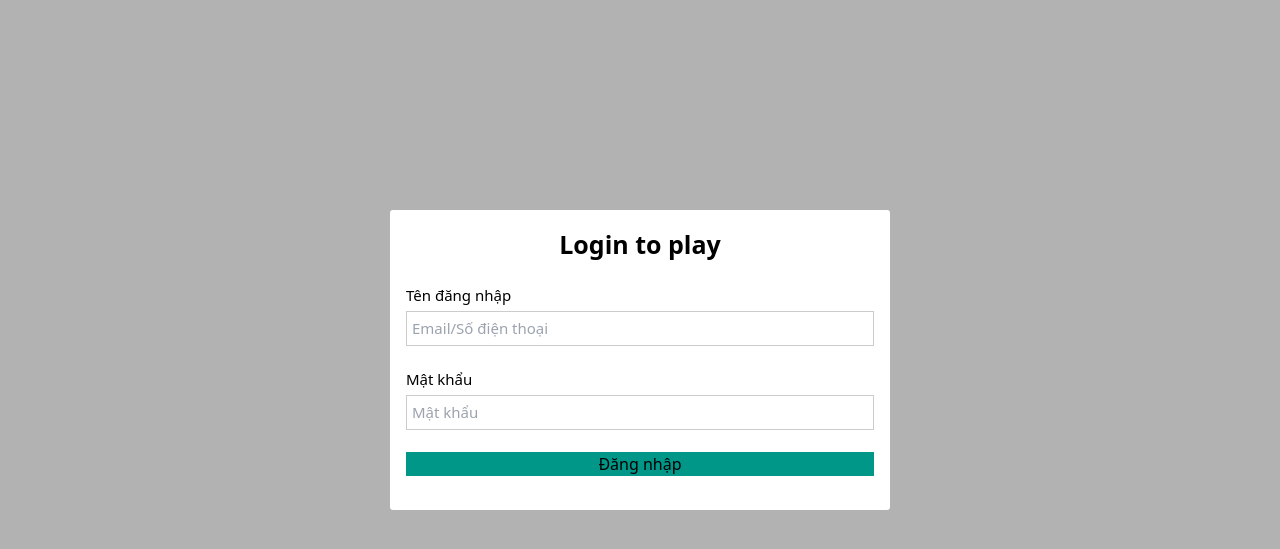
Repository: Teddy1705/demo_pj
Page: /
These files come from the project's save history. The page is drawn as it stood at one moment and after the next save; the edit follows.
The browser window is 1280 px wide. The pictures show the whole page.
The project was rebuilt for these pictures with package versions that can differ from the ones it lists, and the page was loaded fresh each time. Also part of the build but not shown: vite.config.js.

Above is the page before, as saved 2024-04-16 10:02:28.

### index.html
<!DOCTYPE html>
<html lang="en">
  <head>
    <meta charset="UTF-8" />
    <link rel="icon" type="image/svg+xml" href="/vite.svg" />
    <meta name="viewport" content="width=device-width, initial-scale=1.0" />
    <title>Tic Tac Toe</title>
    <link rel="stylesheet" href="./src/index.css" />
  </head>
  <body>
    <div id="root"></div>
    <script type="module" src="/src/main.jsx"></script>
  </body>
</html>

### src/index.css
:root {
  --white-color: #fff;
  --black-color: #000;
}

/*
1. Prevent padding and border from affecting element width. (https://github.com/mozdevs/cssremedy/issues/4)
2. Allow adding a border to an element by just adding a border-width. (https://github.com/tailwindcss/tailwindcss/pull/116)
*/

*,
::before,
::after {
  box-sizing: border-box;
  /* 1 */
  border-width: 0;
  /* 2 */
  border-style: solid;
  /* 2 */
  border-color: #e5e7eb;
  /* 2 */
}

::before,
::after {
  --tw-content: "";
}

/*
1. Use a consistent sensible line-height in all browsers.
2. Prevent adjustments of font size after orientation changes in iOS.
3. Use a more readable tab size.
4. Use the user's configured `sans` font-family by default.
5. Use the user's configured `sans` font-feature-settings by default.
6. Use the user's configured `sans` font-variation-settings by default.
7. Disable tap highlights on iOS
*/

html,
:host {
  line-height: 1.5;
  /* 1 */
  -webkit-text-size-adjust: 100%;
  /* 2 */
  -moz-tab-size: 4;
  /* 3 */
  -o-tab-size: 4;
  tab-size: 4;
  /* 3 */
  font-family: ui-sans-serif, system-ui, sans-serif, "Apple Color Emoji",
    "Segoe UI Emoji", "Segoe UI Symbol", "Noto Color Emoji";
  /* 4 */
  font-feature-settings: normal;
  /* 5 */
  font-variation-settings: normal;
  /* 6 */
  -webkit-tap-highlight-color: transparent;
  /* 7 */
}

/*
1. Remove the margin in all browsers.
2. Inherit line-height from `html` so users can set them as a class directly on the `html` element.
*/

body {
  margin: 0;
  /* 1 */
  line-height: inherit;
  /* 2 */
}

/*
1. Add the correct height in Firefox.
2. Correct the inheritance of border color in Firefox. (https://bugzilla.mozilla.org/show_bug.cgi?id=190655)
3. Ensure horizontal rules are visible by default.
*/

hr {
  height: 0;
  /* 1 */
  color: inherit;
  /* 2 */
  border-top-width: 1px;
  /* 3 */
}

/*
Add the correct text decoration in Chrome, Edge, and Safari.
*/

abbr:where([title]) {
  -webkit-text-decoration: underline dotted;
  text-decoration: underline dotted;
}

/*
Remove the default font size and weight for headings.
*/

h1,
h2,
h3,
h4,
h5,
h6 {
  font-size: inherit;
  font-weight: inherit;
}

/*
Reset links to optimize for opt-in styling instead of opt-out.
*/

a {
  color: inherit;
  text-decoration: inherit;
}

/*
Add the correct font weight in Edge and Safari.
*/

b,
strong {
  font-weight: bolder;
}

/*
1. Use the user's configured `mono` font-family by default.
2. Use the user's configured `mono` font-feature-settings by default.
3. Use the user's configured `mono` font-variation-settings by default.
4. Correct the odd `em` font sizing in all browsers.
*/

code,
kbd,
samp,
pre {
  font-family: ui-monospace, SFMono-Regular, Menlo, Monaco, Consolas,
    "Liberation Mono", "Courier New", monospace;
  /* 1 */
  font-feature-settings: normal;
  /* 2 */
  font-variation-settings: normal;
  /* 3 */
  font-size: 1em;
  /* 4 */
}

/*
Add the correct font size in all browsers.
*/

small {
  font-size: 80%;
}

/*
Prevent `sub` and `sup` elements from affecting the line height in all browsers.
*/

sub,
sup {
  font-size: 75%;
  line-height: 0;
  position: relative;
  vertical-align: baseline;
}

sub {
  bottom: -0.25em;
}

sup {
  top: -0.5em;
}

/*
1. Remove text indentation from table contents in Chrome and Safari. (https://bugs.chromium.org/p/chromium/issues/detail?id=999088, https://bugs.webkit.org/show_bug.cgi?id=201297)
2. Correct table border color inheritance in all Chrome and Safari. (https://bugs.chromium.org/p/chromium/issues/detail?id=935729, https://bugs.webkit.org/show_bug.cgi?id=195016)
3. Remove gaps between table borders by default.
*/

table {
  text-indent: 0;
  /* 1 */
  border-color: inherit;
  /* 2 */
  border-collapse: collapse;
  /* 3 */
}

/*
1. Change the font styles in all browsers.
2. Remove the margin in Firefox and Safari.
3. Remove default padding in all browsers.
*/

button,
input,
optgroup,
select,
textarea {
  font-family: inherit;
  /* 1 */
  font-feature-settings: inherit;
  /* 1 */
  font-variation-settings: inherit;
  /* 1 */
  font-size: 100%;
  /* 1 */
  font-weight: inherit;
  /* 1 */
  line-height: inherit;
  /* 1 */
  letter-spacing: inherit;
  /* 1 */
  color: inherit;
  /* 1 */
  margin: 0;
  /* 2 */
  padding: 0;
  /* 3 */
}

/*
Remove the inheritance of text transform in Edge and Firefox.
*/

button,
select {
  text-transform: none;
}

/*
1. Correct the inability to style clickable types in iOS and Safari.
2. Remove default button styles.
*/

button,
input:where([type="button"]),
input:where([type="reset"]),
input:where([type="submit"]) {
  -webkit-appearance: button;
  /* 1 */
  background-color: transparent;
  /* 2 */
  background-image: none;
  /* 2 */
}

/*
Use the modern Firefox focus style for all focusable elements.
*/

:-moz-focusring {
  outline: auto;
}

/*
Remove the additional `:invalid` styles in Firefox. (https://github.com/mozilla/gecko-dev/blob/2f9eacd9d3d995c937b4251a5557d95d494c9be1/layout/style/res/forms.css#L728-L737)
*/

:-moz-ui-invalid {
  box-shadow: none;
}

/*
Add the correct vertical alignment in Chrome and Firefox.
*/

progress {
  vertical-align: baseline;
}

/*
Correct the cursor style of increment and decrement buttons in Safari.
*/

::-webkit-inner-spin-button,
::-webkit-outer-spin-button {
  height: auto;
}

/*
1. Correct the odd appearance in Chrome and Safari.
2. Correct the outline style in Safari.
*/

[type="search"] {
  -webkit-appearance: textfield;
  /* 1 */
  outline-offset: -2px;
  /* 2 */
}

/*
Remove the inner padding in Chrome and Safari on macOS.
*/

::-webkit-search-decoration {
  -webkit-appearance: none;
}

/*
1. Correct the inability to style clickable types in iOS and Safari.
2. Change font properties to `inherit` in Safari.
*/

::-webkit-file-upload-button {
  -webkit-appearance: button;
  /* 1 */
  font: inherit;
  /* 2 */
}

/*
Add the correct display in Chrome and Safari.
*/

summary {
  display: list-item;
}

/*
Removes the default spacing and border for appropriate elements.
*/

blockquote,
dl,
dd,
h1,
h2,
h3,
h4,
h5,
h6,
hr,
figure,
p,
pre {
  margin: 0;
}

fieldset {
  margin: 0;
  padding: 0;
}

legend {
  padding: 0;
}

ol,
ul,
menu {
  list-style: none;
  margin: 0;
  padding: 0;
}

/*
Reset default styling for dialogs.
*/

dialog {
  padding: 0;
}

/*
Prevent resizing textareas horizontally by default.
*/

textarea {
  resize: vertical;
}

/*
1. Reset the default placeholder opacity in Firefox. (https://github.com/tailwindlabs/tailwindcss/issues/3300)
2. Set the default placeholder color to the user's configured gray 400 color.
*/

input::-moz-placeholder,
textarea::-moz-placeholder {
  opacity: 1;
  /* 1 */
  color: #9ca3af;
  /* 2 */
}

input::placeholder,
textarea::placeholder {
  opacity: 1;
  /* 1 */
  color: #9ca3af;
  /* 2 */
}

/*
Set the default cursor for buttons.
*/

button,
[role="button"] {
  cursor: pointer;
}

/*
Make sure disabled buttons don't get the pointer cursor.
*/

:disabled {
  cursor: default;
}

/*
1. Make replaced elements `display: block` by default. (https://github.com/mozdevs/cssremedy/issues/14)
2. Add `vertical-align: middle` to align replaced elements more sensibly by default. (https://github.com/jensimmons/cssremedy/issues/14#issuecomment-634934210)
   This can trigger a poorly considered lint error in some tools but is included by design.
*/

img,
svg,
video,
canvas,
audio,
iframe,
embed,
object {
  display: block;
  /* 1 */
  vertical-align: middle;
  /* 2 */
}

/*
Constrain images and videos to the parent width and preserve their intrinsic aspect ratio. (https://github.com/mozdevs/cssremedy/issues/14)
*/

img,
video {
  max-width: 100%;
  height: auto;
}

/* Make elements with the HTML hidden attribute stay hidden by default */

[hidden] {
  display: none;
}

*,
::before,
::after {
  --tw-border-spacing-x: 0;
  --tw-border-spacing-y: 0;
  --tw-translate-x: 0;
  --tw-translate-y: 0;
  --tw-rotate: 0;
  --tw-skew-x: 0;
  --tw-skew-y: 0;
  --tw-scale-x: 1;
  --tw-scale-y: 1;
  --tw-pan-x: ;
  --tw-pan-y: ;
  --tw-pinch-zoom: ;
  --tw-scroll-snap-strictness: proximity;
  --tw-gradient-from-position: ;
  --tw-gradient-via-position: ;
  --tw-gradient-to-position: ;
  --tw-ordinal: ;
  --tw-slashed-zero: ;
  --tw-numeric-figure: ;
  --tw-numeric-spacing: ;
  --tw-numeric-fraction: ;
  --tw-ring-inset: ;
  --tw-ring-offset-width: 0px;
  --tw-ring-offset-color: #fff;
  --tw-ring-color: rgb(59 130 246 / 0.5);
  --tw-ring-offset-shadow: 0 0 #0000;
  --tw-ring-shadow: 0 0 #0000;
  --tw-shadow: 0 0 #0000;
  --tw-shadow-colored: 0 0 #0000;
  --tw-blur: ;
  --tw-brightness: ;
  --tw-contrast: ;
  --tw-grayscale: ;
  --tw-hue-rotate: ;
  --tw-invert: ;
  --tw-saturate: ;
  --tw-sepia: ;
  --tw-drop-shadow: ;
  --tw-backdrop-blur: ;
  --tw-backdrop-brightness: ;
  --tw-backdrop-contrast: ;
  --tw-backdrop-grayscale: ;
  --tw-backdrop-hue-rotate: ;
  --tw-backdrop-invert: ;
  --tw-backdrop-opacity: ;
  --tw-backdrop-saturate: ;
  --tw-backdrop-sepia: ;
  --tw-contain-size: ;
  --tw-contain-layout: ;
  --tw-contain-paint: ;
  --tw-contain-style: ;
}

::backdrop {
  --tw-border-spacing-x: 0;
  --tw-border-spacing-y: 0;
  --tw-translate-x: 0;
  --tw-translate-y: 0;
  --tw-rotate: 0;
  --tw-skew-x: 0;
  --tw-skew-y: 0;
  --tw-scale-x: 1;
  --tw-scale-y: 1;
  --tw-pan-x: ;
  --tw-pan-y: ;
  --tw-pinch-zoom: ;
  --tw-scroll-snap-strictness: proximity;
  --tw-gradient-from-position: ;
  --tw-gradient-via-position: ;
  --tw-gradient-to-position: ;
  --tw-ordinal: ;
  --tw-slashed-zero: ;
  --tw-numeric-figure: ;
  --tw-numeric-spacing: ;
  --tw-numeric-fraction: ;
  --tw-ring-inset: ;
  --tw-ring-offset-width: 0px;
  --tw-ring-offset-color: #fff;
  --tw-ring-color: rgb(59 130 246 / 0.5);
  --tw-ring-offset-shadow: 0 0 #0000;
  --tw-ring-shadow: 0 0 #0000;
  --tw-shadow: 0 0 #0000;
  --tw-shadow-colored: 0 0 #0000;
  --tw-blur: ;
  --tw-brightness: ;
  --tw-contrast: ;
  --tw-grayscale: ;
  --tw-hue-rotate: ;
  --tw-invert: ;
  --tw-saturate: ;
  --tw-sepia: ;
  --tw-drop-shadow: ;
  --tw-backdrop-blur: ;
  --tw-backdrop-brightness: ;
  --tw-backdrop-contrast: ;
  --tw-backdrop-grayscale: ;
  --tw-backdrop-hue-rotate: ;
  --tw-backdrop-invert: ;
  --tw-backdrop-opacity: ;
  --tw-backdrop-saturate: ;
  --tw-backdrop-sepia: ;
  --tw-contain-size: ;
  --tw-contain-layout: ;
  --tw-contain-paint: ;
  --tw-contain-style: ;
}

#modal {
  position: fixed;
  top: 0;
  right: 0;
  bottom: 0;
  left: 0;
  display: flex;
  align-items: center;
  justify-content: center;
}

#modal .modal__overlay {
  position: absolute;
  width: 100%;
  height: 100%;
  background-color: rgba(0, 0, 0, 0.3);
}

#modal .modal__body {
  position: relative;
  background-color: var(--white-color);
  margin: auto;
  width: 500px;
  min-height: 300px;
  padding: 16px;
  border-radius: 3px;
}

.auth-form {
}

.auth-form__heading {
  font-size: 25px;
  font-weight: 700;
  text-align: center;
  margin-bottom: 20px;
}

.auth-form__info {
}

.auth-form__info-details {
}

.auth-form__label {
  display: block;
  font-size: 15px;
  font-weight: 500;
}

.auth-form__info-input {
  border: 1px solid #ccc;
  width: 100%;
  font-size: 15px;
  padding: 5px;
  margin: 5px 0 22px;
}

.auth-form__btn {
  width: 100%;
  background-color: #009688;
}

### src/main.jsx
import React from "react";
import ReactDOM from "react-dom/client";
import App from "./App.jsx";
import { createBrowserRouter, RouterProvider } from "react-router-dom";
import Root from "./routes/root";
import "./index.css";

const router = createBrowserRouter([
  {
    path: "/",
    element: <Root />,
  },
]);

ReactDOM.createRoot(document.getElementById("root")).render(
  <React.StrictMode>
    <RouterProvider router={router} />
    <App />
  </React.StrictMode>
);

### src/routes/root.jsx
export default function Root() {
  return (
    <>
      <div id="modal">
        <div className="modal__overlay"></div>
        <div className="modal__body">
          <div className="auth-form">
            <h1 className="auth-form__heading">Login to play</h1>
            <div className="auth-form__info">
              <div className="auth-form__info-details">
                <label htmlFor="" className="auth-form__label">
                  Tên đăng nhập
                </label>
                <input
                  type="text"
                  className="auth-form__info-input"
                  placeholder="Email/Số điện thoại"
                />
              </div>
              <div className="auth-form__info-details">
                <label htmlFor="" className="auth-form__label">
                  Mật khẩu
                </label>
                <input
                  type="password"
                  className="auth-form__info-input"
                  placeholder="Mật khẩu"
                />
              </div>
            </div>
            <button className="auth-form__btn">
              <a
                href={`https://codesandbox.io/s/q2z497?file=%2Fsrc%2FApp.js&utm_medium=sandpack`}
                className=""
              >
                Đăng nhập
              </a>
            </button>
          </div>
        </div>
      </div>
      <div id="detail"></div>
    </>
  );
}

Loaded but not shown: src/App.jsx (common file)

After the next save:
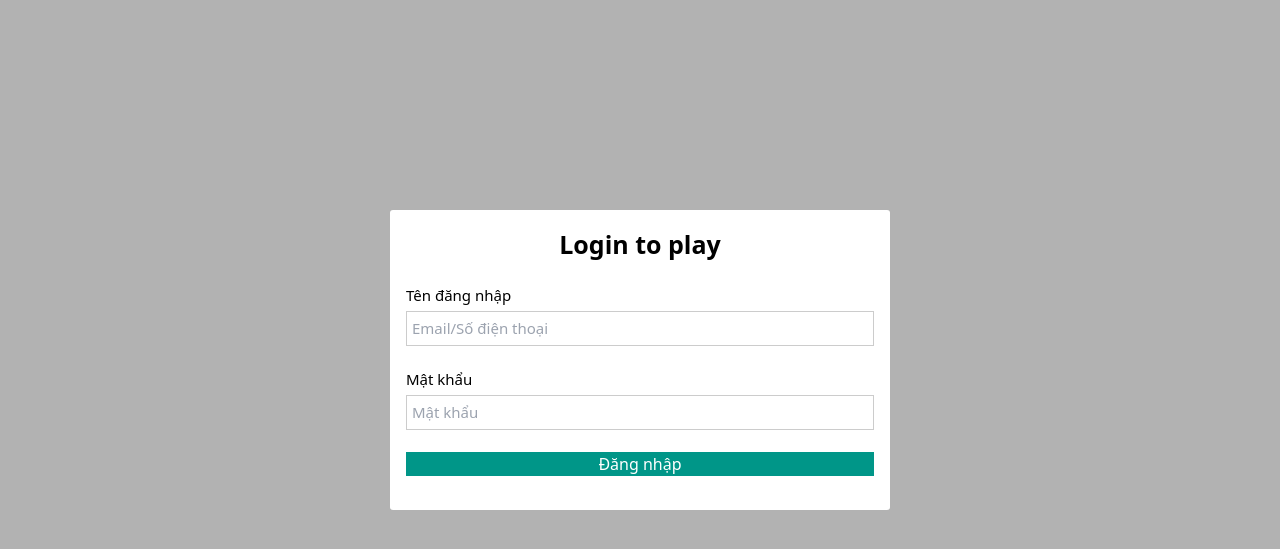
Saved 33 s later.
--- a/src/index.css
+++ b/src/index.css
@@ -621,4 +621,5 @@ video {
 .auth-form__btn {
   width: 100%;
   background-color: #009688;
-}
+  color: #fff;
+}
